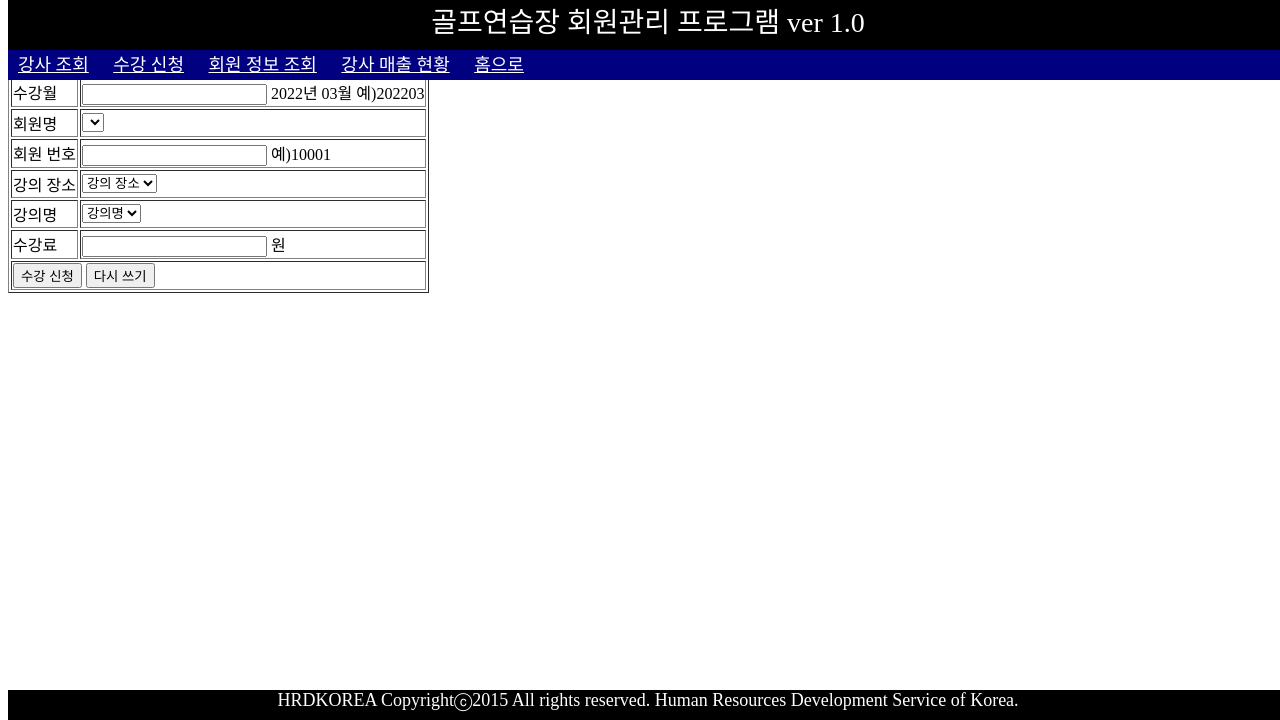
Repository: wwwxsv19/HRDkorea
Page: http://localhost/golf/insert.jsp
These files come from the project's save history. The page is drawn as it stood at one moment and after a run of saves; the edit follows.
The browser window is 1280 px wide. The pictures show the whole page.
The page is served by Tomcat 9. Queries for data that is not in the repository find no rows.

Above is the page before, as saved 2024-06-25 08:29:57.

After the next 2 saves:
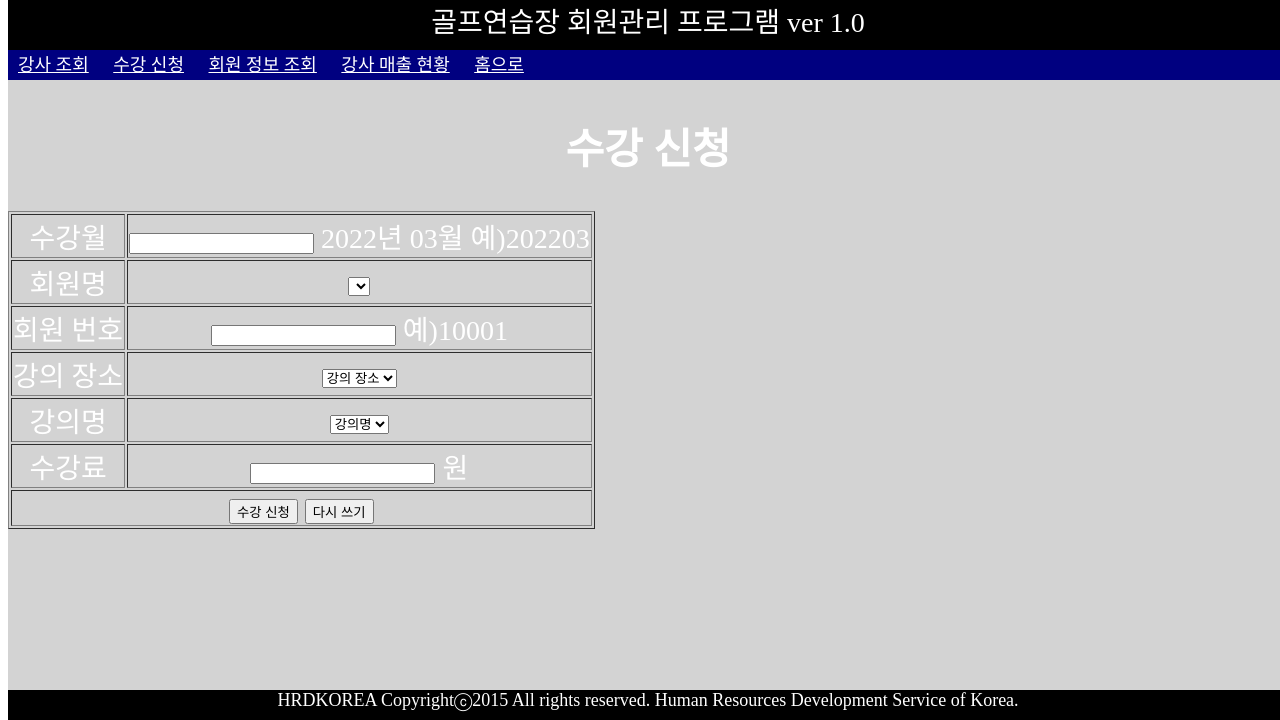
The 2 saves are shown as one change because they came seconds apart.
The last was saved 13 s later.
--- a/golf/golf/src/main/webapp/style.css
+++ b/golf/golf/src/main/webapp/style.css
@@ -16,10 +16,10 @@
 	color : white;
 }
 
-header {
-	position : fixed; top : 0px;
-	width : 100%; height : 50px;
-	background-color : black; color : white;
+section {
+	position : fixed; top : 80px;
+	width : 100%; height : 100%;
+	background-color : lightgray; color : white;
 	text-align : center; font-size : 28px;
 }
 
